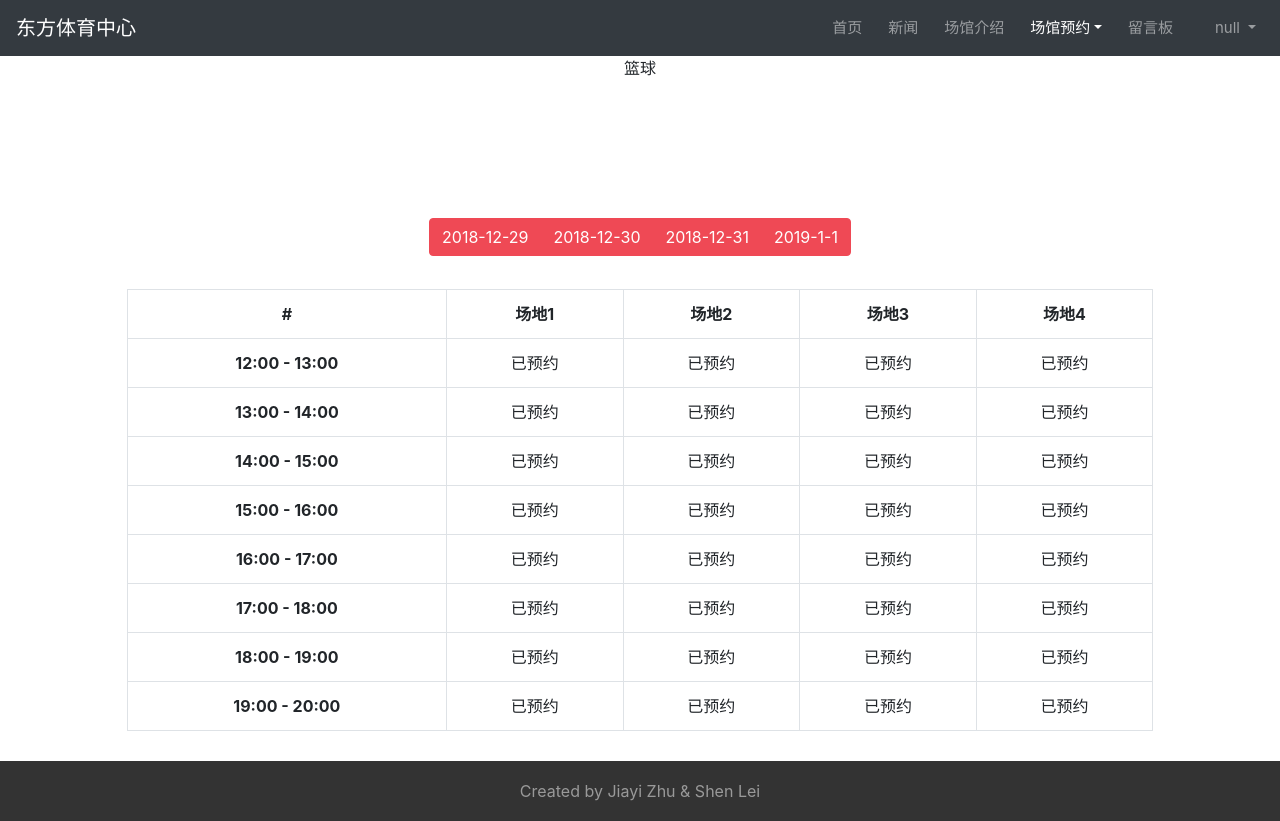
Repository: yueyue200830/Gym-Reservation
Page: http://localhost/reservation/reservation.jsp?rnvid=1
An editor plug-in stored every save of this project. The page is shown before and after the next save, followed by the edit.
The browser window is 1280 px wide. The pictures show the whole page.
Some web fonts or font styles are not loaded; a fallback is used. The page is served by Tomcat 9. Queries for data that is not in the repository find no rows.

Above is the page before, as saved 2018-12-28 06:05:44.

After the next save:
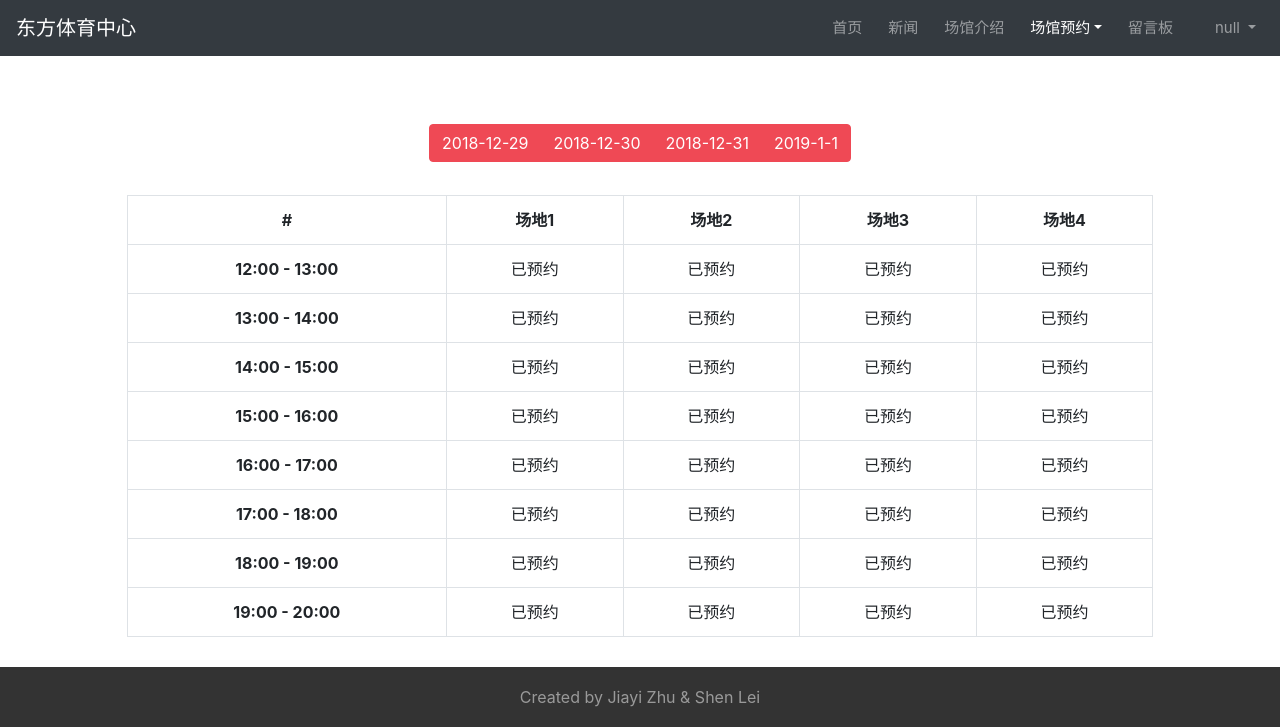
Saved 5 s later.
--- a/reservation/WebContent/reservation.jsp
+++ b/reservation/WebContent/reservation.jsp
@@ -56,9 +56,6 @@
       </div>
     </nav>
 	<div class="center">
-		<div class="table-show rvn-title" id="vnu-title">
-			篮球
-		</div>
 		<div class="btn-group btn_group_date" role="group" id="days" aria-label="First group" >
 	    </div>
 		<div class="card-body table-responsive table-show col-10">
